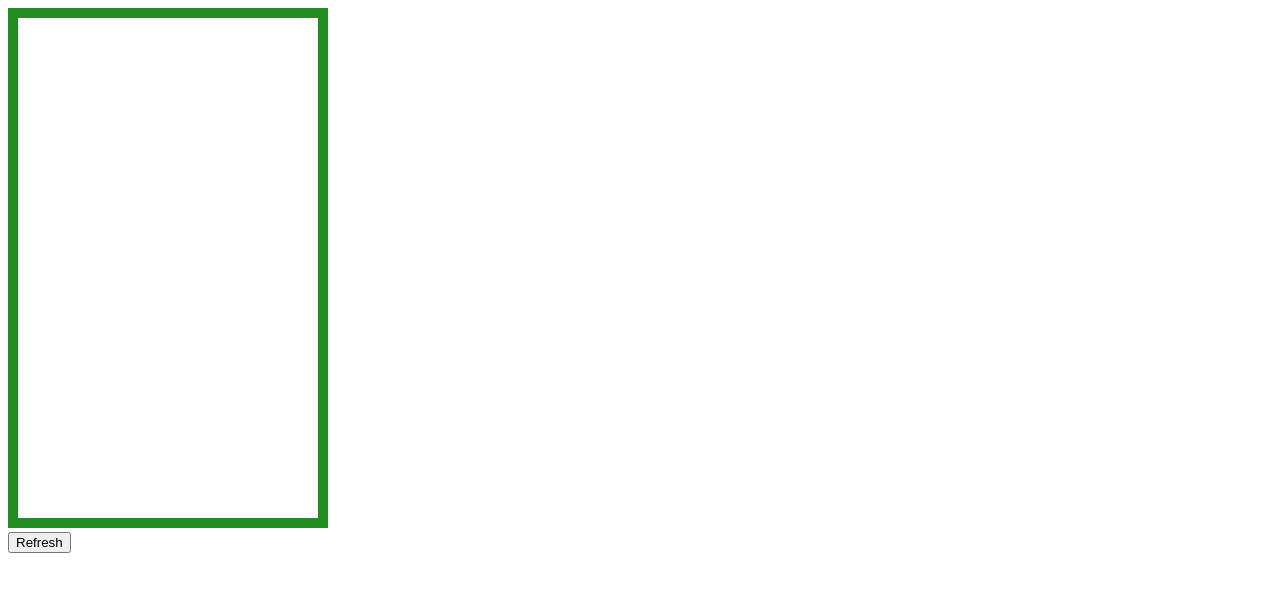
Repository: spidero7/Sketch-Canva
Page: index.html
An editor plug-in stored every save of this project. The page is shown before and after the next save, followed by the edit.
The browser window is 1280 px wide. The pictures show the whole page.

Above is the page before, as saved 2021-09-05 07:33:09.

### index.html
<!DOCTYPE html>
<html lang="en">
<head>
    <meta charset="UTF-8">
    <meta http-equiv="X-UA-Compatible" content="IE=edge">
    <meta name="viewport" content="width=device-width, initial-scale=1.0">
    <title>Document</title>
    <link rel="stylesheet" href="style.css">
</head>
<body>
    <div class="canvasWrap">
        <canvas width="1600" height="1000" id="etch-a-sketch"></canvas>
        <div class="buttons">
            <button class="refresh-btn">Refresh</button>
        </div>
    </div>
    <script src="script.js"></script>
</body>
</html>

### style.css


canvas {
    border: solid 10px forestgreen;
    width: 80%;
    height: 500px;
    width: 300px;
}

Loaded but not shown: script.js (no stored copy; drawn as an empty file)

After the next save:
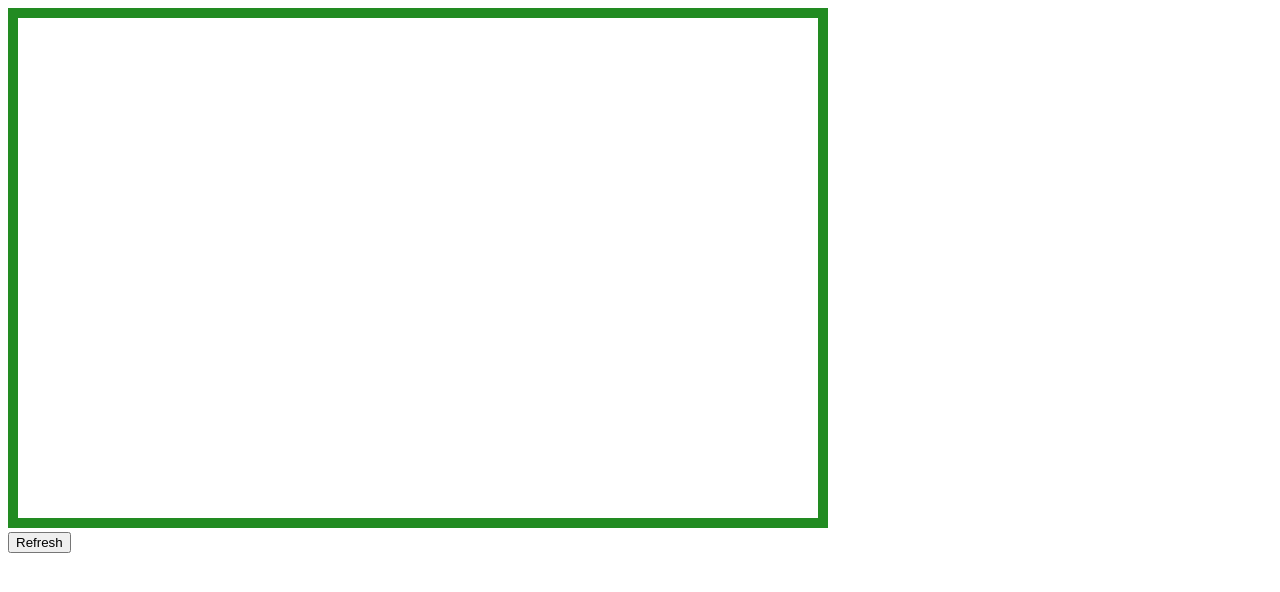
Saved 11 s later.
--- a/style.css
+++ b/style.css
@@ -4,5 +4,5 @@ canvas {
     border: solid 10px forestgreen;
     width: 80%;
     height: 500px;
-    width: 300px;
+    width: 800px;
 }
